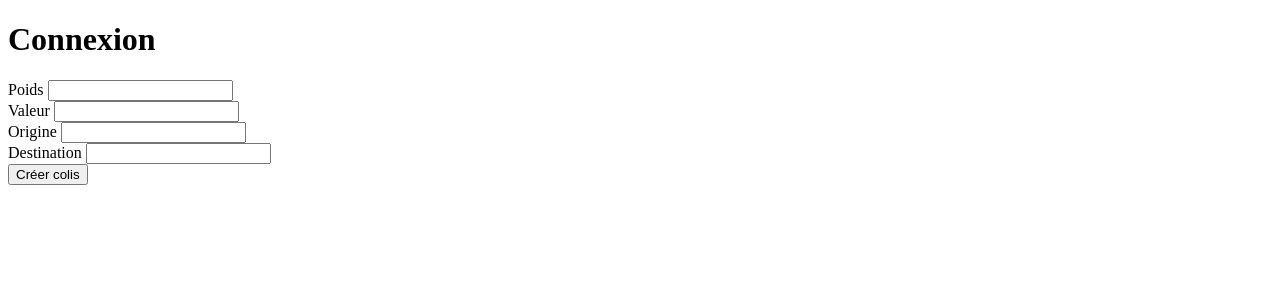
Repository: Adrien74/javaEE
Page: http://localhost/Vue/index.jsp
An editor plug-in stored every save of this project. The page is shown before and after the next save, followed by the edit.
The browser window is 1280 px wide. The pictures show the whole page.
The page is served by Tomcat 9. Nobody is signed in. The application's start-up code is not run.

Above is the page before, as saved 2015-11-25 08:58:38.

After the next save:
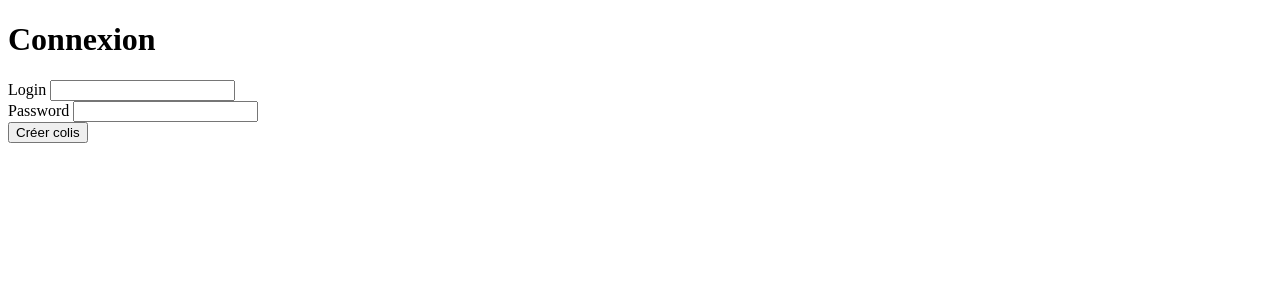
Saved 44 s later.
--- a/Vue/WebContent/index.jsp
+++ b/Vue/WebContent/index.jsp
@@ -10,20 +10,12 @@
 <h1>Connexion</h1>
 	<form method="post" action="Connexion">
 		<div class="form-group">
-			<label for="poids">Poids </label> <input type="text" id="poids"
-				name="poids" value="" class="form-control" />
+			<label for="login">Login </label> <input type="text" id="login"
+				name="login" value="" class="form-control" />
 		</div>
 		<div class="form-group">
-			<label for="valeur">Valeur </label> <input type="text" id="valeur"
-				name="valeur" value="" class="form-control" />
-		</div>
-		<div class="form-group">
-			<label for="origine">Origine </label> <input type="text" id="origine"
-				name="origine" value="" class="form-control" />
-		</div>
-		<div class="form-group">
-			<label for="destination">Destination </label> <input type="text"
-				id="destination" name="destination" value="" class="form-control" />
+			<label for="password">Password </label> <input type="password" id="password"
+				name="password" value="" class="form-control" />
 		</div>
 		<input type="submit" value="Créer colis" class="btn btn-primary" />
 	</form>
